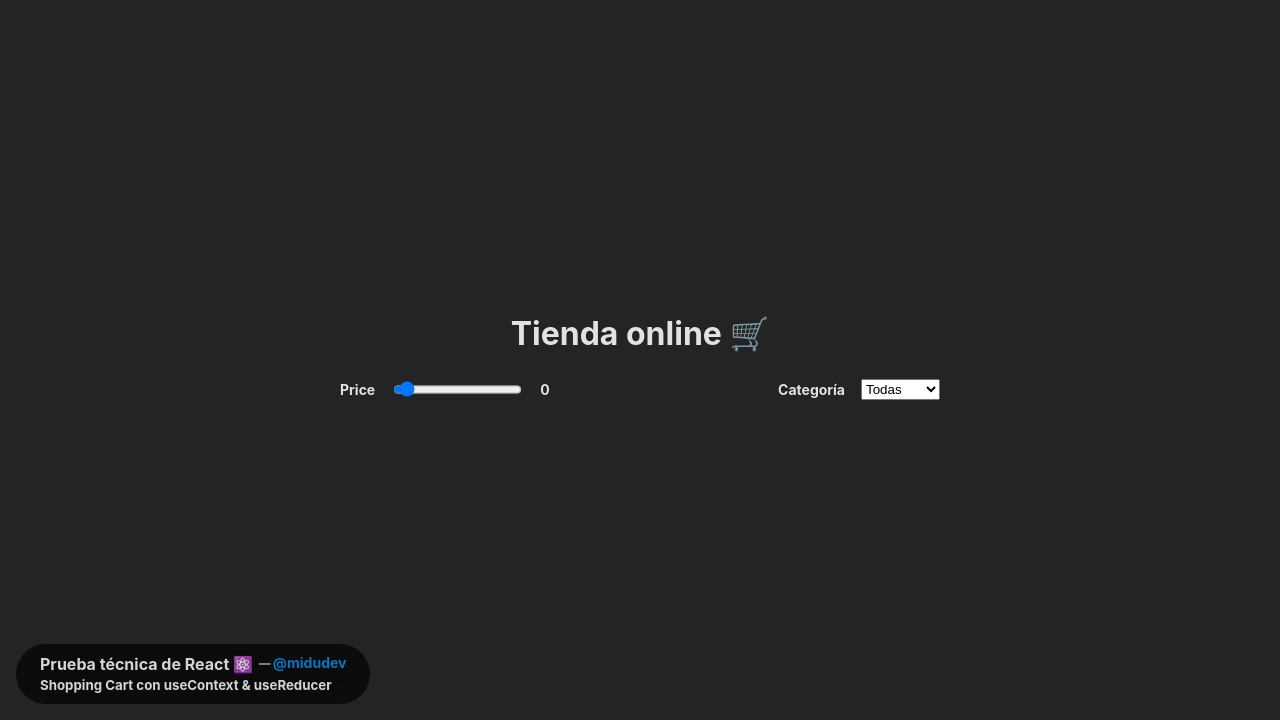
Repository: drsamame/reducer-context
Page: /
These files come from the project's save history. The page is drawn as it stood at one moment and after the next save; the edit follows.
The browser window is 1280 px wide. The pictures show the whole page.
The project was rebuilt for these pictures with package versions that can differ from the ones it lists, and the page was loaded fresh each time. Also part of the build but not shown: vite.config.js, src/components/Icons.jsx.

Above is the page before, as saved 2024-02-08 12:39:45.

### src/App.jsx
import { Products } from './components/Products'
import { Header } from './components/Header'
import { Footer } from './components/Footer'
import { products } from './mocks/products.json'
import { useState } from 'react'

function useFilters() {
  const [filters, setFilters] = useState({
    price: 1000,
    category: 'all'
  })

  const filteredProducts = () => {
    return products.filter((product) => {
      return (
        product.price >= filters.price && product.category === filters.category
      )
    })
  }

  return {
    filters,
    setFilters,
    filteredProducts
  }
}
function App() {
  const { filters, setFilters, filteredProducts } = useFilters()

  return (
    <>
      <Header changeFilters={setFilters} />
      <Products products={filteredProducts()} />
      <Footer filters={filters} />
    </>
  )
}

export default App

### src/components/Products.jsx
import './Products.css'
import { AddToCartIcon } from './Icons'

export function Products ({ products }) {
  return (
    <main className='products'>
      <ul>
        {products?.map((item) => {
          return (
            <li key={item.id}>
              <img src={item.thumbnail} alt={item.title} />
              <div>
                <strong>{item.title}</strong> - ${item.price}
              </div>
              <div>
                <button>
                  <AddToCartIcon />
                </button>
              </div>
            </li>
          )
        })}
      </ul>
    </main>
  )
}

### src/components/Header.jsx
import { Filters } from './Filters'
export function Header ({ changeFilters }) {
  return (
    <header>
      <h1>Tienda online 🛒 </h1>
      <Filters onChange={changeFilters} />
    </header>
  )
}

### src/components/Footer.jsx
import './Footer.css'
export function Footer({ filters }) {
  return (
    <footer className='footer'>
      <h4>
        Prueba técnica de React ⚛️ － <span>@midudev</span>
      </h4>
      <h5>Shopping Cart con useContext & useReducer</h5>
    </footer>
  )
}

### src/components/Products.css
.products {
    width: 100%;
    display: flex;
    justify-content: center;
    align-items: center;
  }

  .products ul {
    display: grid;
    grid-template-columns: repeat(
      auto-fit,
      minmax(
        200px,
        1fr
      )
    );
    gap: 1rem;
  }

  .products li {
    display: flex;
    flex-direction: column;
    gap: 1rem;
    box-shadow: 0 0 10px 10px rgba(0, 0, 0, .1);
    border-radius: 4px;
    background: #111;
    color: #fff;
    padding: 1rem;
  }

  .products h3 {
    margin: 0;
  }

  .products span {
    font-size: 1rem;
    opacity: .9;
  }

  .products img {
    border-radius: 4px;
    width: 100%;
    aspect-ratio: 16/9;
    display: block;
    object-fit: cover;
    background: #fff;
  }

### src/components/Filters.jsx
import './Filters.css'
import { useState, useId } from 'react'

export function Filters({ onChange }) {
  const [minPrice, setMinPrice] = useState(0)
  const minPriceFilterID = useId()
  const categoryId = useId()

  const handleChangeMinPrice = (e) => {
    setMinPrice(e.target.value)
    onChange((prevState) => {
      return { ...prevState, price: e.target.value }
    })
  }
  const handleChangeCategory = (e) => {
    onChange((prevState) => {
      return { ...prevState, category: e.target.value }
    })
  }
  return (
    <section className='filters'>
      <div>
        <label htmlFor={minPriceFilterID}>Price</label>
        <input
          type='range'
          id={minPriceFilterID}
          min='0'
          max='1000'
          onChange={handleChangeMinPrice}
        />
        <span>{minPrice}</span>
      </div>
      <div>
        <label htmlFor={categoryId}>Categoría</label>
        <select onChange={handleChangeCategory} id={categoryId}>
          <option value='all'>Todas</option>
          <option value='laptops'>Portátiles</option>
          <option value='smartphones'>Celulares</option>
        </select>
      </div>
    </section>
  )
}

Loaded but not shown: index.html (common file); src/main.jsx (common file); src/index.css (common file); src/mocks/products.json (common file); src/components/Footer.css (common file); src/components/Filters.css (common file)

After the next save:
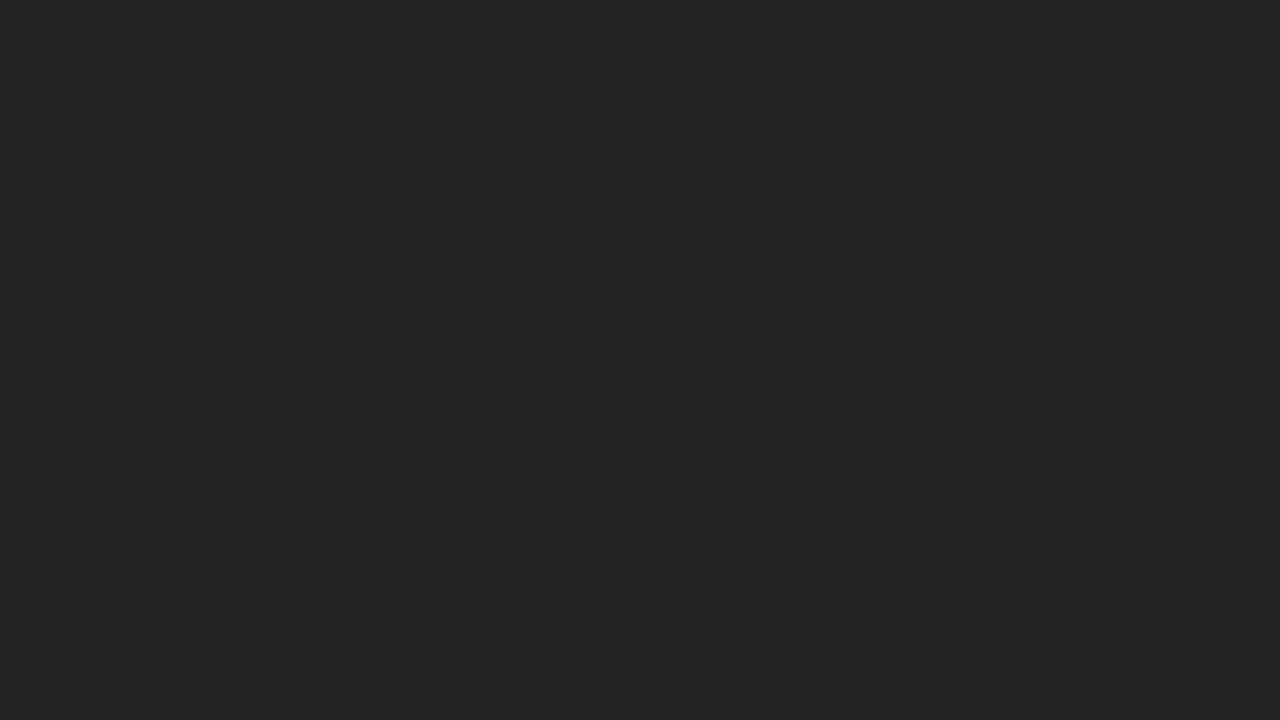
Console error (its wording comes from the project's code and is left out).
Saved 73 s later.
--- a/src/components/Footer.jsx
+++ b/src/components/Footer.jsx
@@ -2,9 +2,7 @@
 export function Footer({ filters }) {
   return (
     <footer className='footer'>
-      <h4>
-        Prueba técnica de React ⚛️ － <span>@midudev</span>
-      </h4>
+      {filters}
       <h5>Shopping Cart con useContext & useReducer</h5>
     </footer>
   )

After the 2 saves that followed:
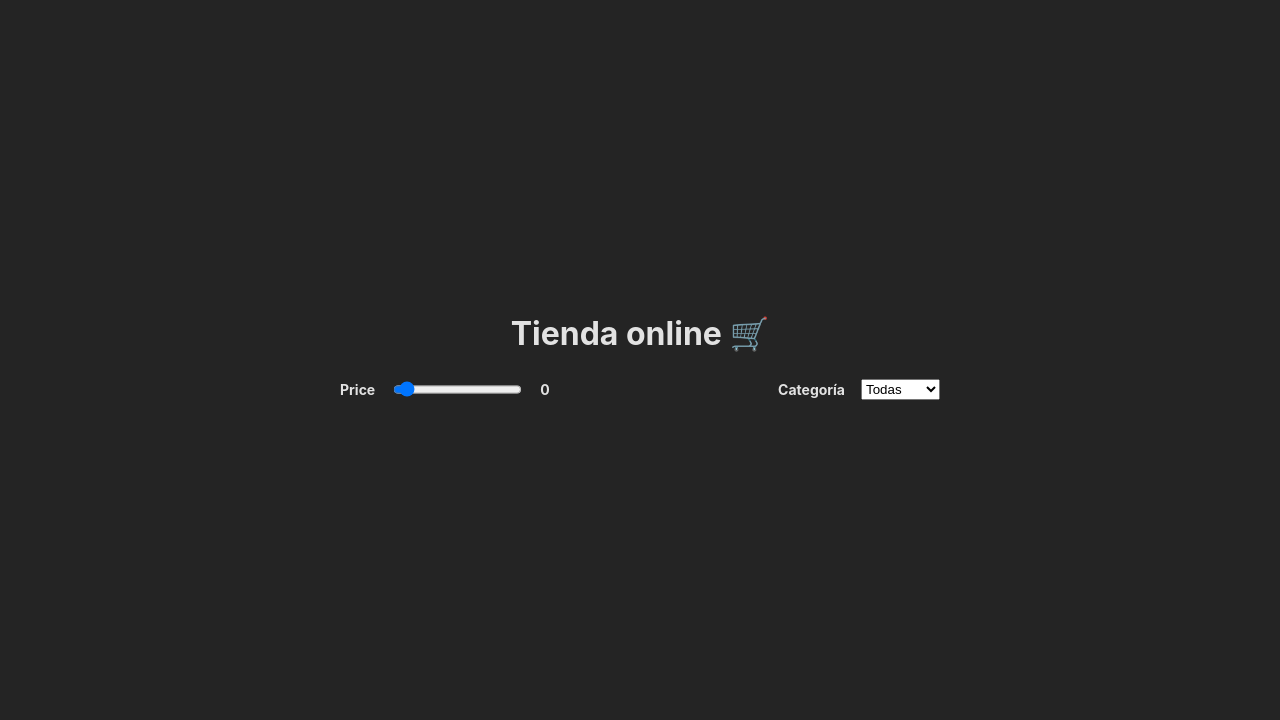
The error is gone.
The 2 saves are shown as one change because 1 left the picture as it was.
The last was saved 73 s later.
--- a/src/App.jsx
+++ b/src/App.jsx
@@ -31,7 +31,6 @@
     <>
       <Header changeFilters={setFilters} />
       <Products products={filteredProducts()} />
-      <Footer filters={filters} />
     </>
   )
 }
